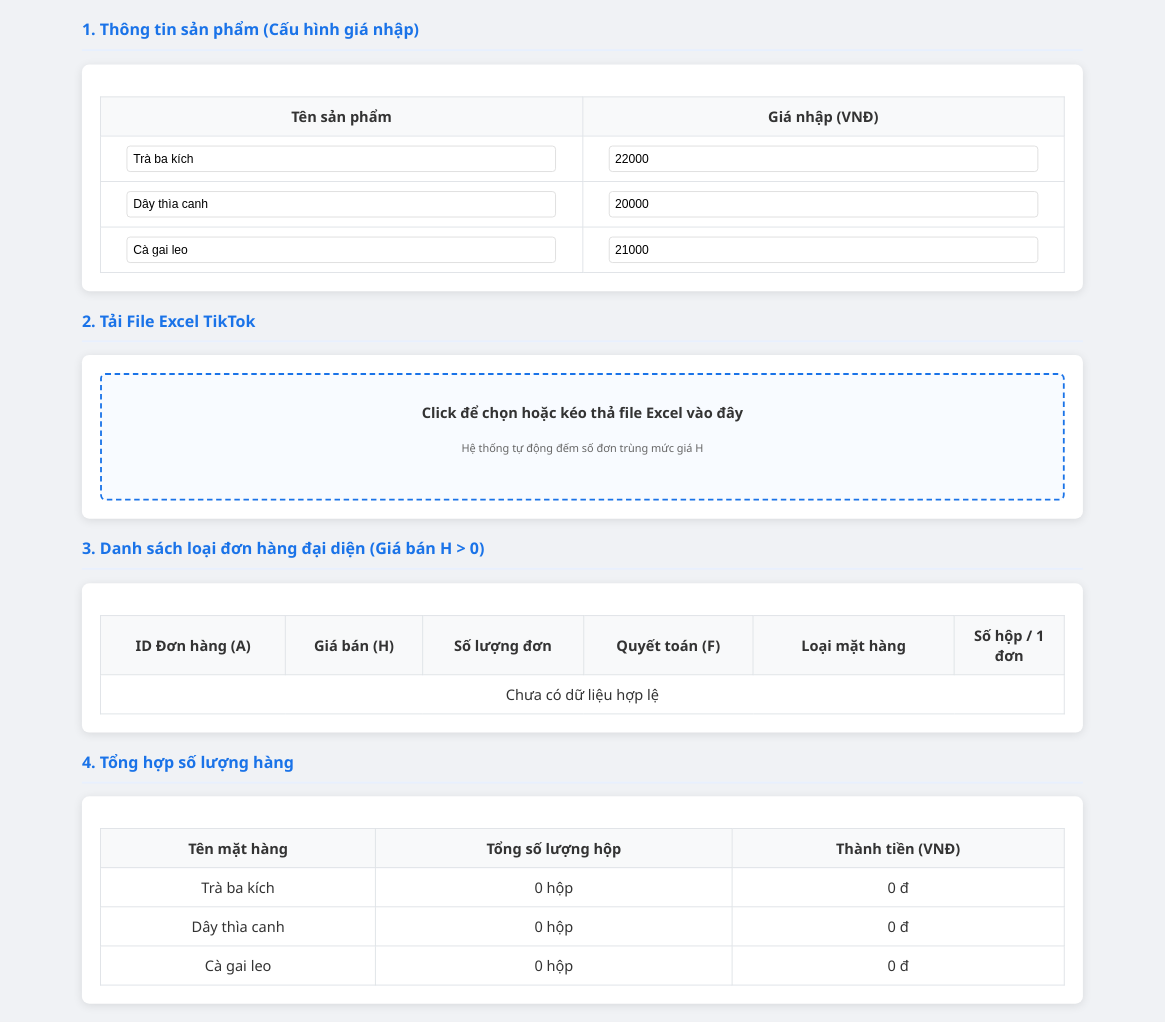
Repository: vanphi96/quyettoan.philv
Page: index.html
The author's editor kept a copy of each file at every save. The page is drawn from the files as they stood at one save, then again after the next save.
The browser window is 1280 px wide. The pictures show the whole page, at 91% of full size.

Above is the page before, as saved 2026-04-11 22:31:45.

### index.html
<!DOCTYPE html>
<html lang="vi">
<head>
    <meta charset="UTF-8">
    <meta name="viewport" content="width=device-width, initial-scale=1.0">
    <title>Quản Lý Đơn Hàng TikTok</title>
    <script src="https://cdn.jsdelivr.net/npm/xlsx@0.18.5/dist/xlsx.full.min.js"></script>
    <style>
        body { font-family: 'Segoe UI', Tahoma, Geneva, Verdana, sans-serif; margin: 20px; background-color: #f0f2f5; color: #333; }
        .container { max-width: 1100px; margin: auto; }
        .section { background: white; padding: 20px; border-radius: 8px; box-shadow: 0 2px 10px rgba(0,0,0,0.1); margin-bottom: 20px; }
        h2 { color: #1a73e8; border-bottom: 2px solid #e8f0fe; padding-bottom: 10px; margin-top: 0; font-size: 1.1rem; }
        table { width: 100%; border-collapse: collapse; margin-top: 15px; background: #fff; }
        th, td { border: 1px solid #dee2e6; padding: 10px; text-align: center; }
        th { background-color: #f8f9fa; font-weight: 600; }
        input[type="number"], select, input[type="text"] { width: 90%; padding: 6px; border: 1px solid #ddd; border-radius: 4px; }
        .file-input-box { padding: 30px; border: 2px dashed #1a73e8; border-radius: 6px; text-align: center; background: #f8fbff; cursor: pointer; }
        .price-tag { color: #d32f2f; font-weight: bold; }
        .settlement-tag { color: #2e7d32; font-weight: bold; }
        .count-tag { color: #1a73e8; font-weight: bold; }
        .total-row { background-color: #e8f5e9; font-weight: bold; color: #2e7d32; }
        small { color: #666; font-size: 0.75rem; }
    </style>
</head>
<body>

<div class="container">
    <h2>1. Thông tin sản phẩm (Cấu hình giá nhập)</h2>
    <div class="section">
        <table>
            <thead>
                <tr>
                    <th>Tên sản phẩm</th>
                    <th>Giá nhập (VNĐ)</th>
                </tr>
            </thead>
            <tbody id="productBody"></tbody>
        </table>
    </div>

    <h2>2. Tải File Excel TikTok</h2>
    <div class="section">
        <div class="file-input-box" onclick="document.getElementById('excelFile').click()">
            <input type="file" id="excelFile" accept=".xlsx, .xls" style="display:none" />
            <b>Click để chọn hoặc kéo thả file Excel vào đây</b>
            <p><small>Hệ thống tự động đếm số đơn trùng mức giá H</small></p>
        </div>
    </div>

    <h2>3. Danh sách loại đơn hàng đại diện (Giá bán H > 0)</h2>
    <div class="section" style="overflow-x: auto;">
        <table>
            <thead>
                <tr>
                    <th>ID Đơn hàng (A)</th>
                    <th>Giá bán (H)</th>
                    <th>Số lượng đơn</th>
                    <th>Quyết toán (F)</th>
                    <th style="width: 200px;">Loại mặt hàng</th>
                    <th style="width: 100px;">Số hộp / 1 đơn</th>
                </tr>
            </thead>
            <tbody id="filterBody">
                <tr><td colspan="6">Chưa có dữ liệu hợp lệ</td></tr>
            </tbody>
        </table>
    </div>

    <h2>4. Tổng hợp số lượng hàng</h2>
    <div class="section">
        <table>
            <thead>
                <tr>
                    <th>Tên mặt hàng</th>
                    <th>Tổng số lượng hộp</th>
                    <th>Thành tiền (VNĐ)</th>
                </tr>
            </thead>
            <tbody id="summaryBody"></tbody>
        </table>
    </div>
</div>

<script>
    let products = [
        { name: "Trà ba kích", price: 22000 },
        { name: "Dây thìa canh", price: 20000 },
        { name: "Cà gai leo", price: 21000 }
    ];

    let filteredDataMap = new Map();

    function renderProductConfig() {
        const tbody = document.getElementById('productBody');
        tbody.innerHTML = products.map((p, i) => `
            <tr>
                <td><input type="text" value="${p.name}" onchange="products[${i}].name = this.value; updateAll();"></td>
                <td><input type="number" value="${p.price}" onchange="products[${i}].price = parseInt(this.value)"></td>
            </tr>
        `).join('');
        updateSummaryTable();
    }

    document.getElementById('excelFile').addEventListener('change', function(e) {
        const file = e.target.files[0];
        if (!file) return;
        const reader = new FileReader();
        reader.onload = function(evt) {
            const data = new Uint8Array(evt.target.result);
            const workbook = XLSX.read(data, { type: 'array' });
            const sheet = workbook.Sheets[workbook.SheetNames[0]];
            const rows = XLSX.utils.sheet_to_json(sheet, { header: 1, defval: "" });
            processExcel(rows);
        };
        reader.readAsArrayBuffer(file);
    });

    function processExcel(rows) {
        filteredDataMap = new Map();
        for (let i = 1; i < rows.length; i++) {
            const row = rows[i];
            if (!row || row.length < 8) continue;
            const priceH = parseFloat(row[7]);
            // parse pay (column F, index 5) safely (remove non-numeric chars)
            const rawPay = row[5];
            const payF = Number(String(rawPay).replace(/[^0-9.-]+/g, '')) || 0;
            if (!isNaN(priceH) && priceH !== 0) {
                if (!filteredDataMap.has(priceH)) {
                    filteredDataMap.set(priceH, { id: row[0], paySum: payF, count: 1 });
                } else {
                    const entry = filteredDataMap.get(priceH);
                    entry.count++;
                    entry.paySum = (Number(entry.paySum) || 0) + payF;
                }
            }
        }
        renderFilterTable();
    }

    function renderFilterTable() {
        const tbody = document.getElementById('filterBody');
        tbody.innerHTML = '';
        if (filteredDataMap.size === 0) {
            tbody.innerHTML = '<tr><td colspan="6">Không có đơn hàng nào hợp lệ</td></tr>';
            return;
        }

        const productOptions = products.map(p => `<option value="${p.name}">${p.name}</option>`).join('');
        const sortedPrices = Array.from(filteredDataMap.keys()).sort((a, b) => b - a);

        sortedPrices.forEach(priceKey => {
            const data = filteredDataMap.get(priceKey);
            const tr = document.createElement('tr');
            tr.className = "order-row";
            tr.innerHTML = `
                <td><small>${data.id}</small></td>
                <td class="price-tag">${priceKey.toLocaleString()} đ<br><small>QT tổng: ${Number(data.paySum || 0).toLocaleString()} đ</small></td>
                <td class="count-tag">${data.count} đơn</td>
                <td class="settlement-tag">${Number(data.paySum || 0).toLocaleString()} đ</td>
                <td>
                    <select class="product-select" onchange="updateSummaryTable()">
                        <option value="">-- Chọn sản phẩm --</option>
                        ${productOptions}
                    </select>
                </td>
                <td>
                    <input type="number" class="qty-per-order" min="0" value="1" oninput="updateSummaryTable()" data-order-count="${data.count}">
                </td>
            `;
            tbody.appendChild(tr);
        });
        updateSummaryTable();
    }

    function updateSummaryTable() {
        const summaryBody = document.getElementById('summaryBody');
        const totalCounts = {};
        const totalMoney = {};
        products.forEach(p => totalCounts[p.name] = 0);
        products.forEach(p => totalMoney[p.name] = 0);

        const rows = document.querySelectorAll('.order-row');
        rows.forEach(row => {
            const productName = row.querySelector('.product-select').value;
            const orderCount = parseInt(row.querySelector('.qty-per-order').dataset.orderCount) || 0;
            const boxesPerOrder = parseInt(row.querySelector('.qty-per-order').value) || 0;

            if (productName && totalCounts.hasOwnProperty(productName)) {
                const boxes = (orderCount * boxesPerOrder);
                totalCounts[productName] += boxes;
                const prod = products.find(pr => pr.name === productName);
                const unitPrice = prod ? (Number(prod.price) || 0) : 0;
                totalMoney[productName] += boxes * unitPrice;
            }
        });

        summaryBody.innerHTML = products.map(p => `
            <tr class="${totalCounts[p.name] > 0 ? 'total-row' : ''}">
                <td>${p.name}</td>
                <td>${totalCounts[p.name].toLocaleString()} hộp</td>
                <td>${totalMoney[p.name].toLocaleString()} đ</td>
            </tr>
        `).join('');
    }

    function updateAll() {
        if (filteredDataMap.size > 0) renderFilterTable();
        else renderProductConfig();
    }

    renderProductConfig();
</script>
</body>
</html>

After the next save:
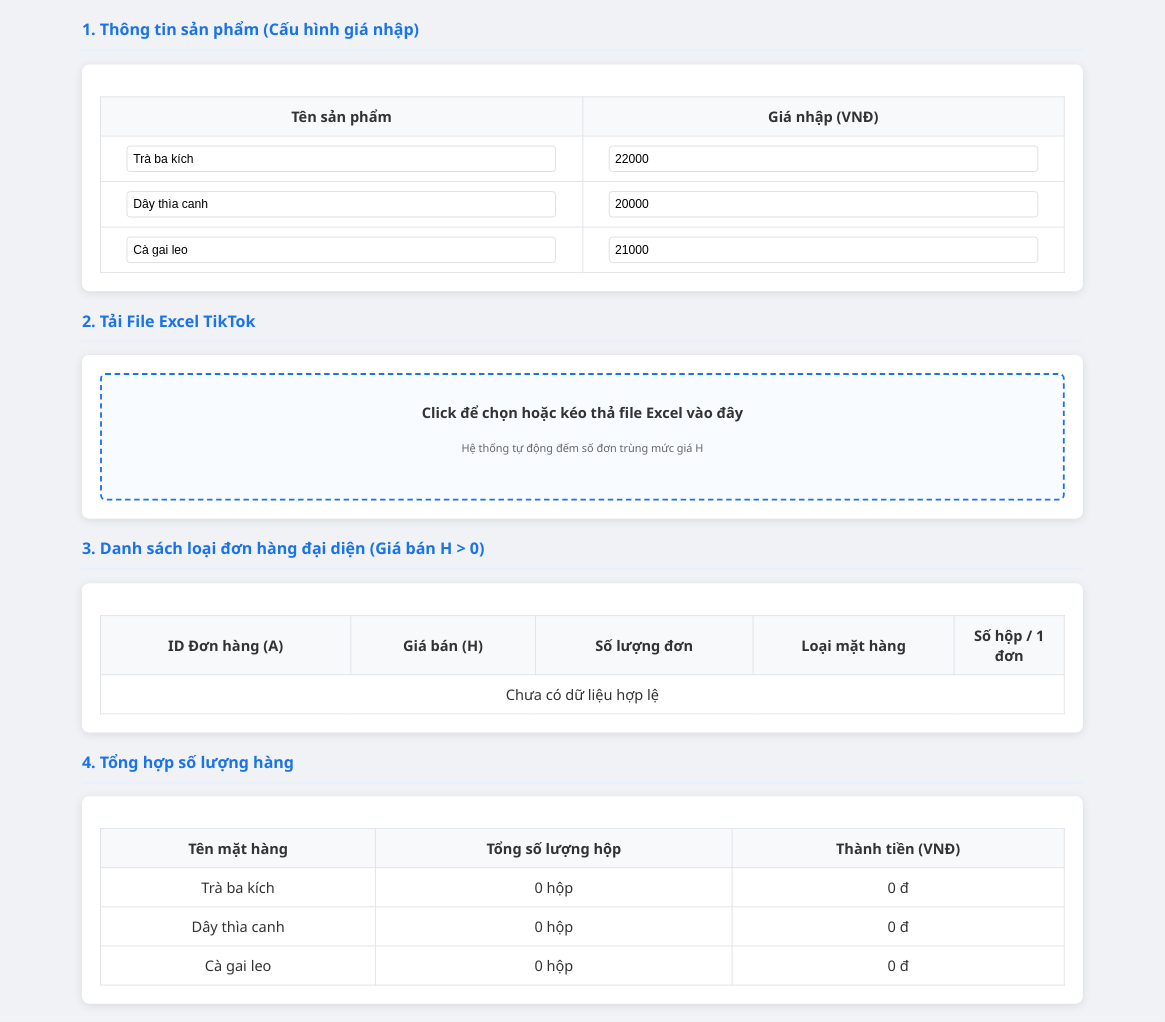
Saved 2 min 35 s later.
--- a/index.html
+++ b/index.html
@@ -38,7 +38,7 @@
         </table>
     </div>
 
-    <h2>2. Tải File Excel TikTok</h2>
+    <h2 id="excelHeader">2. Tải File Excel TikTok</h2>
     <div class="section">
         <div class="file-input-box" onclick="document.getElementById('excelFile').click()">
             <input type="file" id="excelFile" accept=".xlsx, .xls" style="display:none" />
@@ -55,13 +55,12 @@
                     <th>ID Đơn hàng (A)</th>
                     <th>Giá bán (H)</th>
                     <th>Số lượng đơn</th>
-                    <th>Quyết toán (F)</th>
                     <th style="width: 200px;">Loại mặt hàng</th>
                     <th style="width: 100px;">Số hộp / 1 đơn</th>
                 </tr>
             </thead>
             <tbody id="filterBody">
-                <tr><td colspan="6">Chưa có dữ liệu hợp lệ</td></tr>
+                <tr><td colspan="5">Chưa có dữ liệu hợp lệ</td></tr>
             </tbody>
         </table>
     </div>
